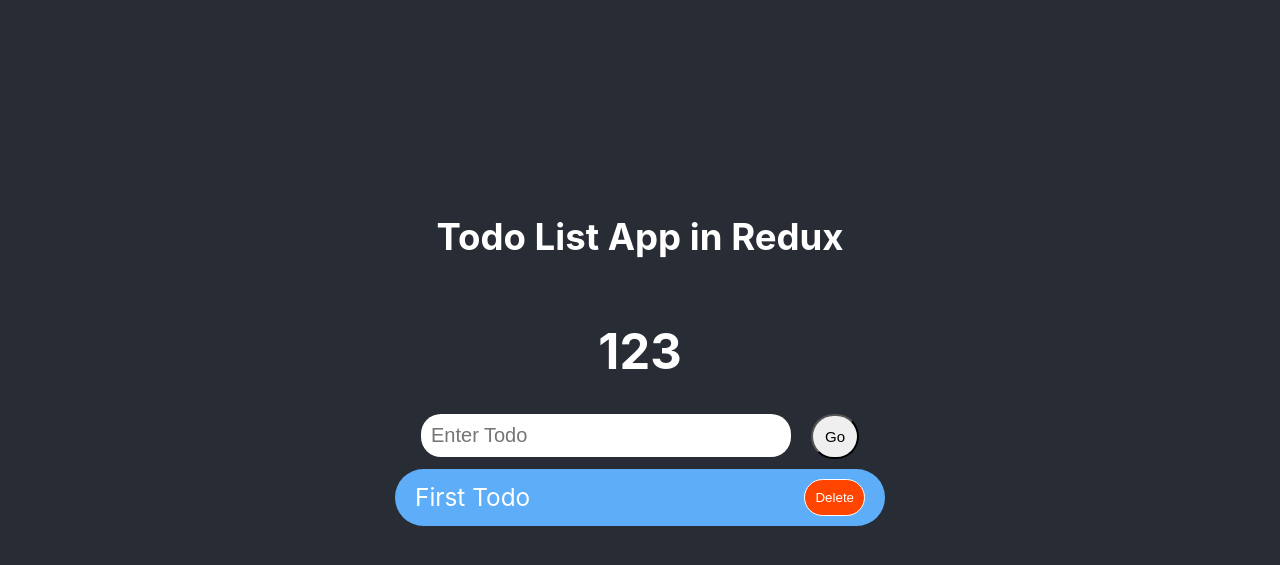
Repository: mahsa199170/React-Redux-Projects
Page: / (app in redux-todo-list/)
These files come from the project's save history. The page is drawn as it stood at one moment and after the next save; the edit follows.
The browser window is 1280 px wide. The pictures show the whole page.
The project was rebuilt for these pictures with package versions that can differ from the ones it lists, and the page was loaded fresh each time. Also part of the build but not shown: redux-todo-list/src/components/Count.js.

Above is the page before, as saved 2024-10-24 17:52:39.

After the next save:
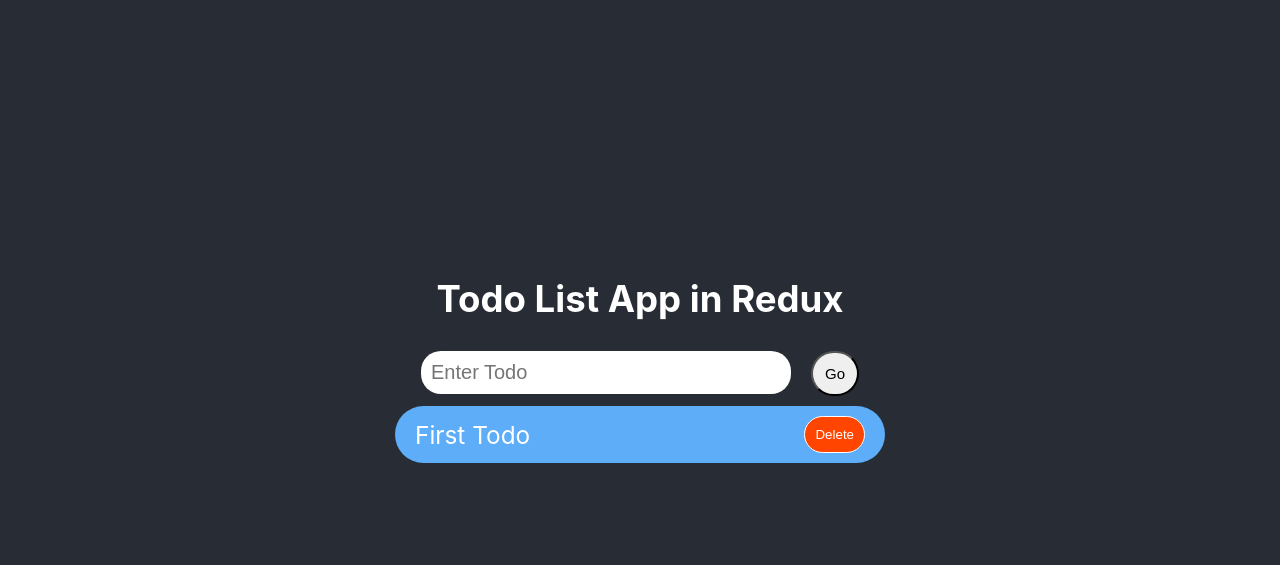
Saved 48 s later.
--- a/redux-todo-list/src/components/todo/Todo.js
+++ b/redux-todo-list/src/components/todo/Todo.js
@@ -8,7 +8,9 @@
   return (
     <>
       <h2>Todo List App in Redux</h2>
-      <h1 style={{ color: 'white' }}>{todo}</h1>
+      {todo.map((t) => {
+        <h1>t</h1>;
+      })}
       <form>
         <input
           type="text"
